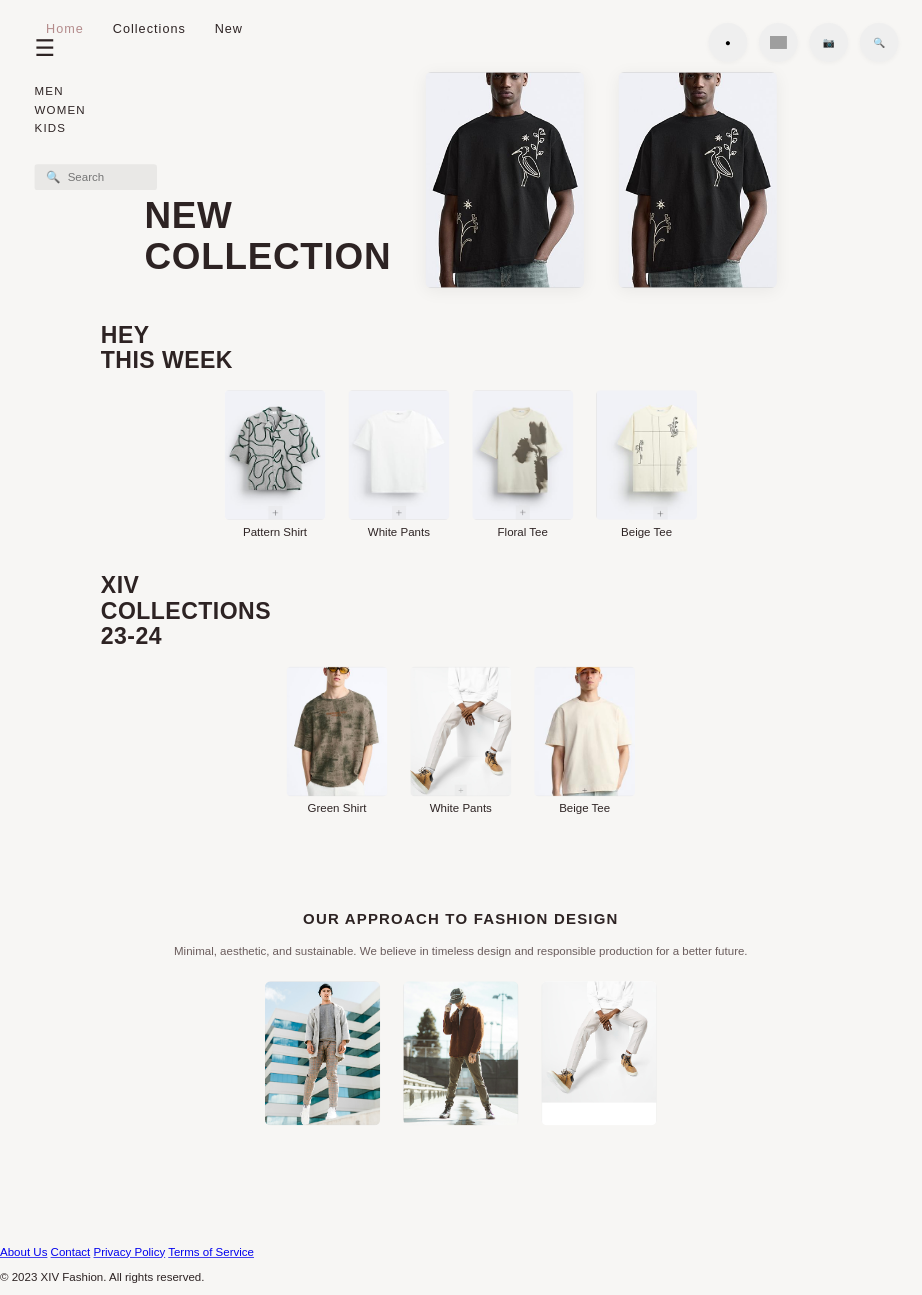
Repository: Diegoms0595/retail-dashboard-app
Page: index.html
These files come from the project's save history. The page is drawn as it stood at one moment and after the next save; the edit follows.
The browser window is 1280 px wide. The pictures show the whole page, at 72% of full size.
Pictures or frames that could not be fetched are drawn as grey boxes.

Above is the page before, as saved 2025-06-18 20:07:04.

### index.html
<!DOCTYPE html>
<html lang="en">
<head>
  <meta charset="UTF-8" />
  <meta name="viewport" content="width=device-width, initial-scale=1.0"/>
  <title>Akane, Diego</title>
  <link rel="stylesheet" href="style.css" />
</head>
<body>
  <header class="site-header">
    <nav>
      <a href="index.html" class="active">Home</a>
      <a href="products.html">Collections</a>
      <a href="products.html">New</a>
    </nav>
   <div class="top-icons">
  <button class="icon-btn">&#9679;</button>
  <button class="icon-btn"><img src="./Assets/shopping-cart.png" alt="Cart"></button>
  <button class="icon-btn">&#128247;</button>
  <button class="icon-btn">&#128269;</button>
</div>
  </header>

  <aside class="sidebar">
    <div class="menu-icon">&#9776;</div>
    <div class="sidebar-menu">
      <span>MEN</span>
      <span>WOMEN</span>
      <span>KIDS</span>
    </div>
    <div class="search-bar">
      <span>&#128269;</span>
      <input type="text" placeholder="Search" />
    </div>
  </aside>

  <main class="home-main">
    <section class="hero-section">
      <h1 class="hero-title">NEW<br>COLLECTION</h1>
      <div class="hero-products">
        <img src="./Assets/Head1.png" alt="Product 1" />
        <img src="./Assets/Head1.png" alt="Product 2" />
      </div>
    </section>

    <section class="week-section">
      <h2 class="section-title">HEY<br>THIS WEEK</h2>
      <div class="week-products">
        <div class="week-product">
          <img src="Assets/ThisWeek1.png" alt="Product 1" />
          <p>Pattern Shirt</p>
        </div>
        <div class="week-product">
          <img src="./Assets/ThisWeek2.png" alt="Product 2" />
          <p>White Pants</p>
        </div>
        <div class="week-product">
          <img src="./Assets/ThisWeek3.png" alt="Product 3" />
          <p>Floral Tee</p>
        </div>
        <div class="week-product">
          <img src="./Assets/ThisWeek4.png" alt="Product 4" />
          <p>Beige Tee</p>
        </div>
      </div>
    </section>

    <section class="collection-section">
      <h2 class="section-title">XIV<br>COLLECTIONS<br>23-24</h2>
      <div class="collection-products">
        <div class="collection-product">
          <img src="./Assets/Collection1.png" alt="Product 7" />
          <p>Green Shirt</p>
        </div>
        <div class="collection-product">
          <img src="./Assets/Collecton2.png" alt="Product 1" />
          <p>White Pants</p>
        </div>
        <div class="collection-product">
          <img src="./Assets/Collection3.png" alt="Product 8" />
          <p>Beige Tee</p>
        </div>
      </div>
    </section>

    <section class="approach-section">
      <h3>OUR APPROACH TO FASHION DESIGN</h3>
      <p>Minimal, aesthetic, and sustainable. We believe in timeless design and responsible production for a better future.</p>
      <div class="approach-gallery">
        <img src="./Assets/Approche1.png" alt="Lookbook 1" />
        <img src="./Assets/Approach2.png" alt="Lookbook 2" />
        <img src="./Assets/Approach3.png" alt="Lookbook 3" />
      </div>
    </section>
  </main>
    <footer class="site-footer">
        <div class="footer-links">
        <a href="#">About Us</a>
        <a href="#">Contact</a>
        <a href="#">Privacy Policy</a>
        <a href="#">Terms of Service</a>
        </div>
        <p>&copy; 2023 XIV Fashion. All rights reserved.</p>
</body>
</html>

### style.css
html, body {
  margin: 0;
  padding: 0;
  font-family: 'Montserrat', Arial, sans-serif;
  background: #f7f6f4;
  color: #2d2323;
  min-height: 100vh;
  width: 100vw;
  box-sizing: border-box;
}

body {
  min-height: 100vh;
  width: 100vw;
  display: flex;
  flex-direction: column;
}

.site-header {
  width: 100vw;
  max-width: 100vw;
  position: fixed;
  top: 0;
  left: 0;
  height: 80px;
  display: flex;
  align-items: center;
  justify-content: space-between;
  padding: 0 64px;
  background: none;
  z-index: 10;
  box-sizing: border-box;
}

nav {
  display: flex;
  gap: 40px;
}

nav a {
  text-decoration: none;
  color: #2d2323;
  font-size: 1.1rem;
  letter-spacing: 0.08em;
  padding: 8px 0;
  transition: color 0.2s;
}

nav a.active,
nav a:hover {
  color: #b48b8b;
}
.top-icons {
  display: flex;
  gap: 16px;
  align-items: center;
  position: absolute;
  top: 32px;
  right: 32px;
  z-index: 100;
}

.icon-btn {
  width: 54px;
  height: 54px;
  display: flex;
  align-items: center;
  justify-content: center;
  border-radius: 50%;
  border: none;
  box-shadow: 0 2px 8px rgba(0,0,0,0.04);
  cursor: pointer;
  padding: 0;
  overflow: hidden;
}

.icon-btn img {
  width: 24px;
  height: 24px;
  object-fit: contain;
  display: block;
}

.sidebar {
  position: fixed;
  left: 0;
  top: 0;
  width: 220px;
  height: 100vh;
  background: none;
  display: flex;
  flex-direction: column;
  padding: 48px 0 0 48px;
  box-sizing: border-box;
  z-index: 20;
}

.menu-icon {
  font-size: 2rem;
  margin-bottom: 32px;
  cursor: pointer;
}

.sidebar-menu {
  margin-bottom: 32px;
}

.sidebar-menu span {
  display: block;
  margin-bottom: 8px;
  font-size: 1rem;
  letter-spacing: 0.1em;
}

.search-bar {
  display: flex;
  align-items: center;
  background: rgba(80, 80, 80, 0.08);
  border-radius: 4px;
  padding: 8px 16px;
  width: 80%;
}

.search-bar input {
  border: none;
  background: none;
  margin-left: 8px;
  font-size: 1rem;
  width: 100%;
  outline: none;
}

.home-main {
  flex: 1;
  display: flex;
  flex-direction: column;
  align-items: center;
  justify-content: flex-start;
  margin-top: 100px;
  margin-left: 0;
  width: 100vw;
  max-width: 1200px;
  box-sizing: border-box;
  margin-right: auto;
  margin-left: auto;
  padding-bottom: 120px;
}

.hero-section,
.week-section,
.collection-section,
.approach-section {
  width: 100%;
  max-width: 1000px;
  margin: 0 auto 48px auto;
  display: flex;
  flex-direction: column;
  align-items: center;
}

.hero-section {
  flex-direction: row;
  align-items: flex-end;
  justify-content: center;
  gap: 48px;
}

.hero-title {
  font-size: 3.2rem;
  font-weight: 800;
  margin: 0 0 16px 0;
  line-height: 1.1;
  letter-spacing: 0.02em;
  text-align: left;
}

.hero-products {
  display: flex;
  gap: 48px;
}

.hero-products img {
  width: 220px;
  height: 300px;
  object-fit: cover;
  border-radius: 8px;
  box-shadow: 0 4px 24px rgba(0,0,0,0.06);
  background: #fff;
}

.section-title {
  font-size: 2rem;
  font-weight: 800;
  margin: 0 0 24px 0;
  line-height: 1.1;
  letter-spacing: 0.02em;
  text-align: left;
  width: 100%;
}

.week-products, .collection-products {
  display: flex;
  gap: 32px;
  justify-content: center;
  width: 100%;
}

.week-product, .collection-product {
  display: flex;
  flex-direction: column;
  align-items: center;
}

.week-product img, .collection-product img {
  width: 140px;
  height: 180px;
  object-fit: cover;
  border-radius: 6px;
  margin-bottom: 8px;
  background: #fff;
}

.week-product p, .collection-product p {
  font-size: 1rem;
  margin: 0;
  color: #2d2323;
}

.approach-section {
  margin: 64px 0 0 0;
  text-align: center;
}

.approach-section h3 {
  font-size: 1.3rem;
  font-weight: 700;
  margin-bottom: 8px;
  letter-spacing: 0.08em;
}

.approach-section p {
  font-size: 1rem;
  color: #6a5c5c;
  margin-bottom: 32px;
}

.approach-gallery {
  display: flex;
  justify-content: center;
  gap: 32px;
  margin-bottom: 48px;
}

.approach-gallery img {
  width: 160px;
  height: 200px;
  object-fit: cover;
  border-radius: 8px;
  background: #fff;
}

.footer {
  width: 100vw;
  display: flex;
  align-items: center;
  justify-content: space-between;
  padding: 32px 64px;
  background: none;
  box-sizing: border-box;
  position: fixed;
  bottom: 0;
  left: 0;
  z-index: 30;
}

.footer-left {
  display: flex;
  align-items: center;
  gap: 16px;
  font-size: 1.3rem;
  font-weight: 700;
  letter-spacing: 0.1em;
}

.qr {
  width: 64px;
  height: 64px;
}

/* Responsive */
@media (max-width: 1200px) {
  .home-main {
    max-width: 100vw;
    padding-left: 16px;
    padding-right: 16px;
  }
  .sidebar {
    display: none;
  }
  .site-header {
    left: 0;
    width: 100vw;
    padding-left: 16px;
    padding-right: 16px;
  }
  .footer {
    left: 0;
    width: 100vw;
    padding-left: 16px;
    padding-right: 16px;
  }
}

@media (max-width: 900px) {
  .hero-products img, .week-product img, .collection-product img, .approach-gallery img {
    width: 100px;
    height: 120px;
  }
  .footer {
    flex-direction: column;
    gap: 16px;
    padding: 16px;
  }
  .hero-section {
    flex-direction: column;
    align-items: center;
    gap: 24px;
  }
  .section-title {
    font-size: 1.3rem;
  }
}

After the next save:
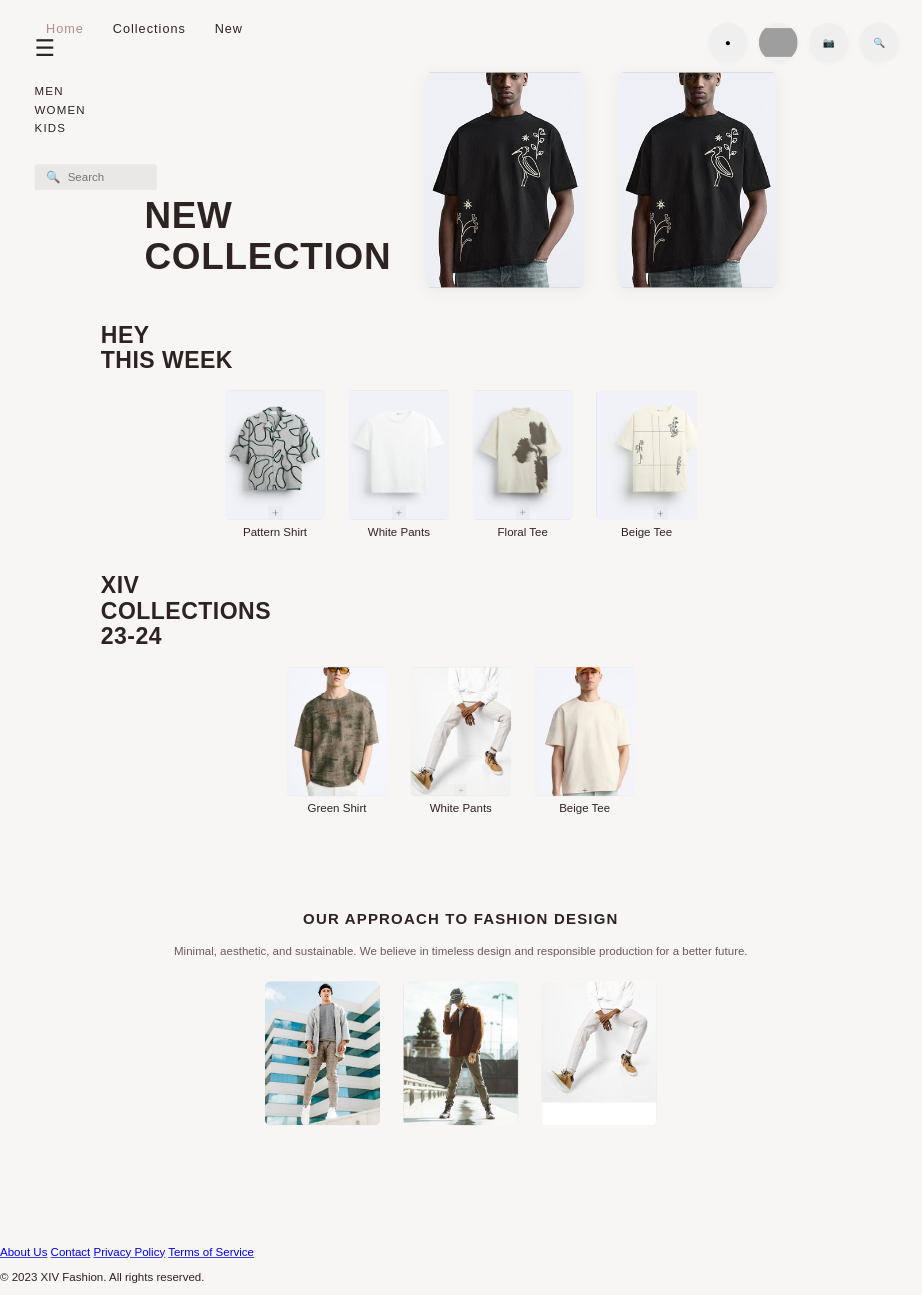
Saved 12 s later.
--- a/style.css
+++ b/style.css
@@ -75,8 +75,8 @@ nav a:hover {
 }
 
 .icon-btn img {
-  width: 24px;
-  height: 24px;
+  width: 54px;
+  height: 54px;
   object-fit: contain;
   display: block;
 }
